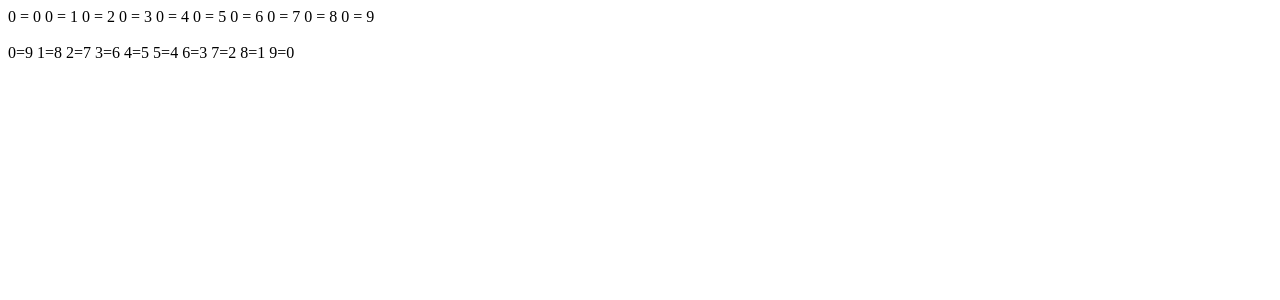
Repository: Sxcram02/1-daw
Page: http://localhost/ejercicios.php
These files come from the project's save history. The page is drawn as it stood at one moment and after the next save; the edit follows.
The browser window is 1280 px wide. The pictures show the whole page.
The page is run by PHP 8.4 with error messages shown; the project is at /var/www/html/.

Above is the page before, as saved 2023-02-07 16:08:05.

### PROG/ejercicios.php
<?php
    for($i=0;$i<10;$i++){
        $array1[$i] = 0;
        echo $array1[$i]." = ".$i." ";
    };

    // EJERCICIO 2
    echo "<br />";

    $num = 0;

    for($j=0;$j<10;$j++){
        $array2[$j] = $num;
        $num = $num + 1;
    };

    echo "<br />";

    $array2 = array_reverse($array2,false);
    foreach($array2 as $clave => $valor){
        echo "{$clave}={$valor}\n";
    };
?>

After the next save:
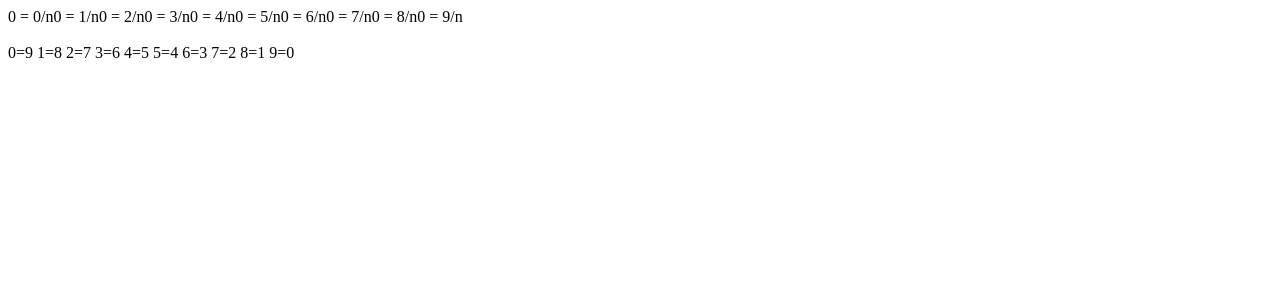
Saved 14 s later.
--- a/PROG/ejercicios.php
+++ b/PROG/ejercicios.php
@@ -1,7 +1,7 @@
 <?php
     for($i=0;$i<10;$i++){
         $array1[$i] = 0;
-        echo $array1[$i]." = ".$i." ";
+        echo $array1[$i]." = $i/n";
     };
 
     // EJERCICIO 2
